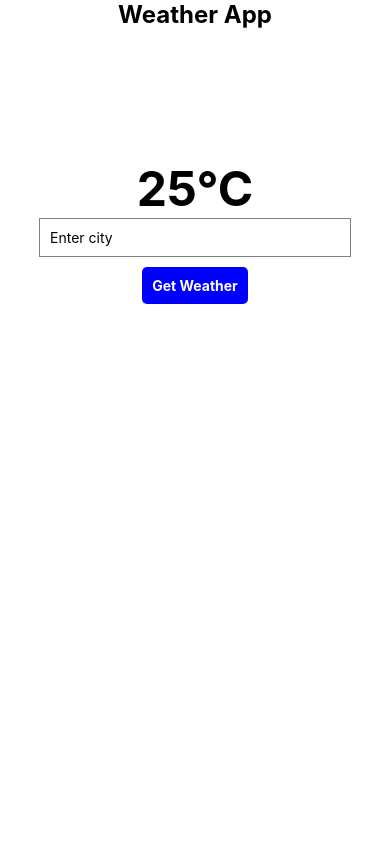
Repository: vanh1604/ExerciseReactNative
Screen: /
An editor plug-in stored every save of this project. The screen is shown before and after the next save, followed by the edit.
The app was drawn by React Native's web renderer in a window 390 px wide. The project was rebuilt for these pictures with package versions that can differ from the ones it lists, and the page was loaded fresh each time. Also part of the build but not shown: components/LessonDesign.js, components/Caption.js.

Above is the screen before, as saved 2023-08-27 15:23:07.

### App.js
import { StatusBar } from "expo-status-bar";
import { SafeAreaView, StyleSheet, Text, View } from "react-native";
import LessonDesign from "./components/LessonDesign";
import Caption from "./components/Caption";
import WeatherApp from "./components/WeatherApp";
export default function App() {
  return (
    <SafeAreaView>
      {/* <LessonDesign /> */}

      <WeatherApp />
    </SafeAreaView>
  );
}

const styles = StyleSheet.create({});

### components/WeatherApp.js
import React from "react";
import {
  View,
  Text,
  TextInput,
  Image,
  TouchableOpacity,
  StyleSheet,
} from "react-native";

const WeatherApp = () => {
  return (
    <View style={styles.container}>
      <Text style={styles.header}>Weather App</Text>
      <Image
        // source={require("./weather-icon.png")}
        style={styles.weatherIcon}
      />
      <Text style={styles.temperature}>25°C</Text>
      <TextInput placeholder="Enter city" style={styles.input} />
      <TouchableOpacity style={styles.button}>
        <Text style={styles.buttonText}>Get Weather</Text>
      </TouchableOpacity>
    </View>
  );
};

const styles = StyleSheet.create({
  container: {
    flex: 1,
    alignItems: "center",
    justifyContent: "center",
  },
  header: {
    fontSize: 24,
    fontWeight: "bold",
    marginBottom: 20,
  },
  weatherIcon: {
    width: 100,
    height: 100,
    marginBottom: 10,
  },
  temperature: {
    fontSize: 48,
    fontWeight: "bold",
  },
  input: {
    borderWidth: 1,
    borderColor: "gray",
    padding: 10,
    width: "80%",
    marginBottom: 10,
    color: "black",
  },
  button: {
    backgroundColor: "blue",
    padding: 10,
    borderRadius: 5,
  },
  buttonText: {
    color: "white",
    fontWeight: "bold",
  },
});

export default WeatherApp;

After the next save:
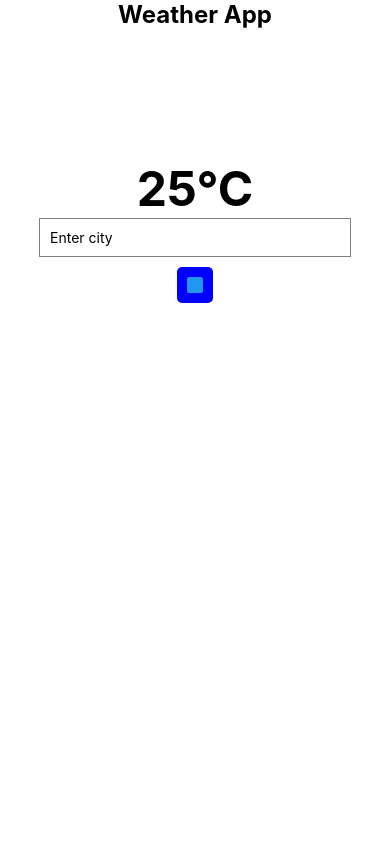
Saved 30 s later.
--- a/components/WeatherApp.js
+++ b/components/WeatherApp.js
@@ -6,6 +6,7 @@
   Image,
   TouchableOpacity,
   StyleSheet,
+  Button,
 } from "react-native";
 
 const WeatherApp = () => {
@@ -19,7 +20,7 @@
       <Text style={styles.temperature}>25°C</Text>
       <TextInput placeholder="Enter city" style={styles.input} />
       <TouchableOpacity style={styles.button}>
-        <Text style={styles.buttonText}>Get Weather</Text>
+        <Button style={styles.buttonText}>Get Weather</Button>
       </TouchableOpacity>
     </View>
   );

After the save that followed:
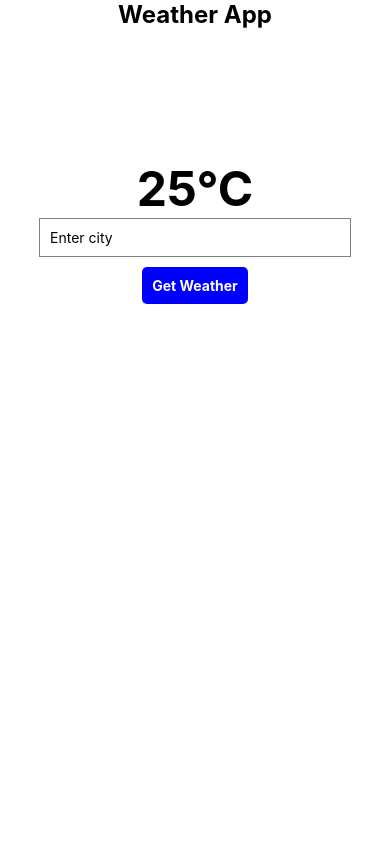
Saved 103 s later.
--- a/components/WeatherApp.js
+++ b/components/WeatherApp.js
@@ -20,7 +20,7 @@
       <Text style={styles.temperature}>25°C</Text>
       <TextInput placeholder="Enter city" style={styles.input} />
       <TouchableOpacity style={styles.button}>
-        <Button style={styles.buttonText}>Get Weather</Button>
+        <Text style={styles.buttonText}>Get Weather</Text>
       </TouchableOpacity>
     </View>
   );
